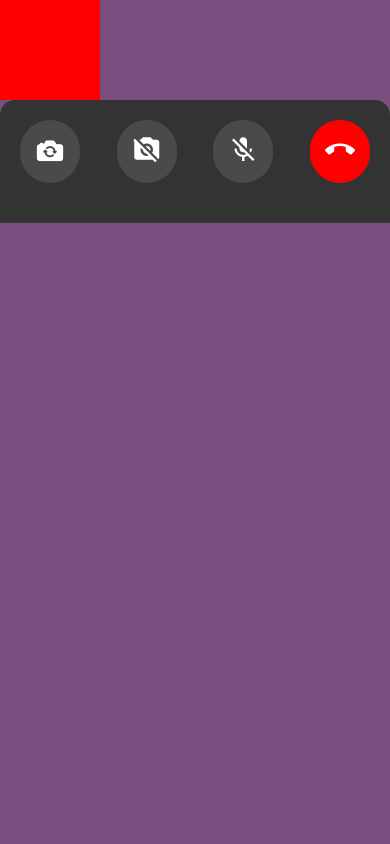
Repository: JennaFi/VideoCallApp
Screen: /Calling
These files come from the project's save history. The screen is drawn as it stood at one moment and after the next save; the edit follows.
The app was drawn by React Native's web renderer in a window 390 px wide. The project was rebuilt for these pictures with package versions that can differ from the ones it lists, and the page was loaded fresh each time.

Above is the screen before, as saved 2022-01-13 23:58:56.

### App.js
/**
 * Sample React Native App
 * https://github.com/facebook/react-native
 *
 * @format
 * @flow strict-local
 */


import React from 'react'
import { StatusBar } from 'react-native'
import CallScreen from './src/screens/CallScreen'
// import CallingScreen from './src/screens/CallingScreen/index';
// import IncomingCallScreen from './src/screens/IncomingCallScreen'




const App = () => {


  return (
    < >
      <StatusBar barStyle={'dark-content'} />

      {/* <ContactsScreen /> */}
      {/* <CallingScreen /> */}
      {/* <IncomingCallScreen /> */}
      <CallScreen />

    </>
  )
}



export default App

### src/screens/CallScreen/index.js
import React from 'react'
import { StyleSheet, View } from 'react-native'
import CallActionBox from '../../components/CallActionBox'

const CallScreen = () => {
  return (
    <View style={styles.page}>
      <View style={styles.cameraPreview} />







      <CallActionBox />
    </View>
  )
}


const styles = StyleSheet.create({
  page: {
    flex: 1,
    backgroundColor: '#7b4e80'
  },
  cameraPreview: {
    // flex: 1,
    // alignItems: 'center',
    // paddingTop: 10,
    // paddingHorizontal: 10
    width: 100,
    height: 100,
    backgroundColor: 'red'
  }
})
export default CallScreen

### src/components/CallActionBox/index.js
import React from 'react'
import { StyleSheet, View } from 'react-native'
import Ionicons from 'react-native-vector-icons/Ionicons'
import MaterialIcons from 'react-native-vector-icons/MaterialCommunityIcons'


const CallActionBox = () => {
  return (
    <View>
      <View style={styles.buttonsContainer}>
        <View style={styles.iconButton}>
          <Ionicons name='ios-camera-reverse' size={30} color={'white'} />
        </View>

        <View style={styles.iconButton}>
          <MaterialIcons name='camera-off' size={30} color={'white'} />
        </View>

        <View style={styles.iconButton}>
          <MaterialIcons name='microphone-off' size={30} color={'white'} />
        </View>

        <View style={[styles.iconButton, {backgroundColor: 'red'}]}>
          <MaterialIcons name='phone-hangup' size={30} color={'white'} />
        </View>

      </View>

    </View>
  )
}


const styles = StyleSheet.create({
  buttonsContainer: {
    flexDirection: 'row',
    backgroundColor: '#333333',
    padding: 20,
    paddingBottom: 40,
    borderTopLeftRadius: 15,
    borderTopRightRadius: 15,
    justifyContent: 'space-between',
    // marginTop: 'auto'


  },
  iconButton: {
    backgroundColor: '#4a4a4a',
    padding: 15,
    borderRadius: 50
  }
})


export default CallActionBox

After the next save:
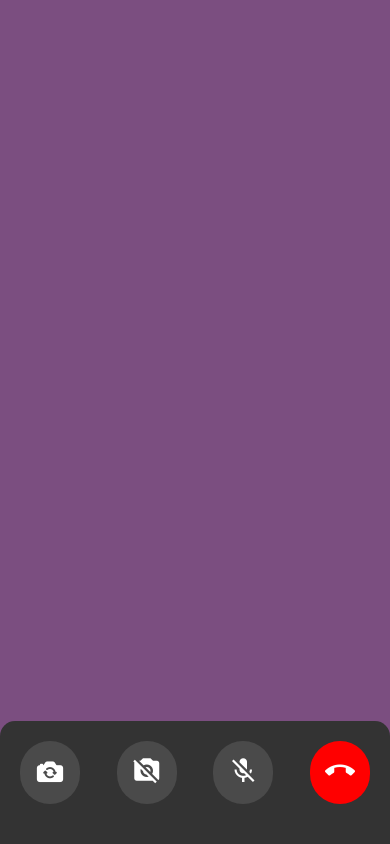
Saved 111 s later.
--- a/src/screens/CallScreen/index.js
+++ b/src/screens/CallScreen/index.js
@@ -25,13 +25,13 @@
     backgroundColor: '#7b4e80'
   },
   cameraPreview: {
-    // flex: 1,
-    // alignItems: 'center',
-    // paddingTop: 10,
-    // paddingHorizontal: 10
-    width: 100,
-    height: 100,
-    backgroundColor: 'red'
+    flex: 1,
+    alignItems: 'center',
+    paddingTop: 10,
+    paddingHorizontal: 10
+    // width: 100,
+    // height: 100,
+    // backgroundColor: 'red'
   }
 })
 export default CallScreen

After the save that followed:
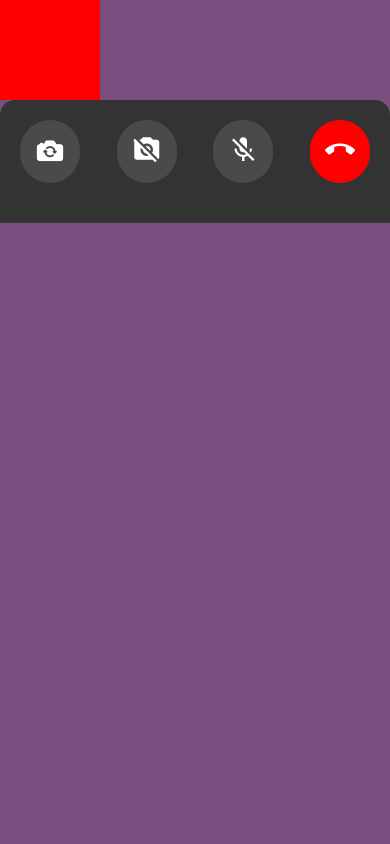
Saved 2 min 6 s later.
--- a/src/screens/CallScreen/index.js
+++ b/src/screens/CallScreen/index.js
@@ -25,13 +25,13 @@
     backgroundColor: '#7b4e80'
   },
   cameraPreview: {
-    flex: 1,
-    alignItems: 'center',
-    paddingTop: 10,
-    paddingHorizontal: 10
-    // width: 100,
-    // height: 100,
-    // backgroundColor: 'red'
+    // flex: 1,
+    // alignItems: 'center',
+    // paddingTop: 10,
+    // paddingHorizontal: 10
+    width: 100,
+    height: 100,
+    backgroundColor: 'red'
   }
 })
 export default CallScreen
